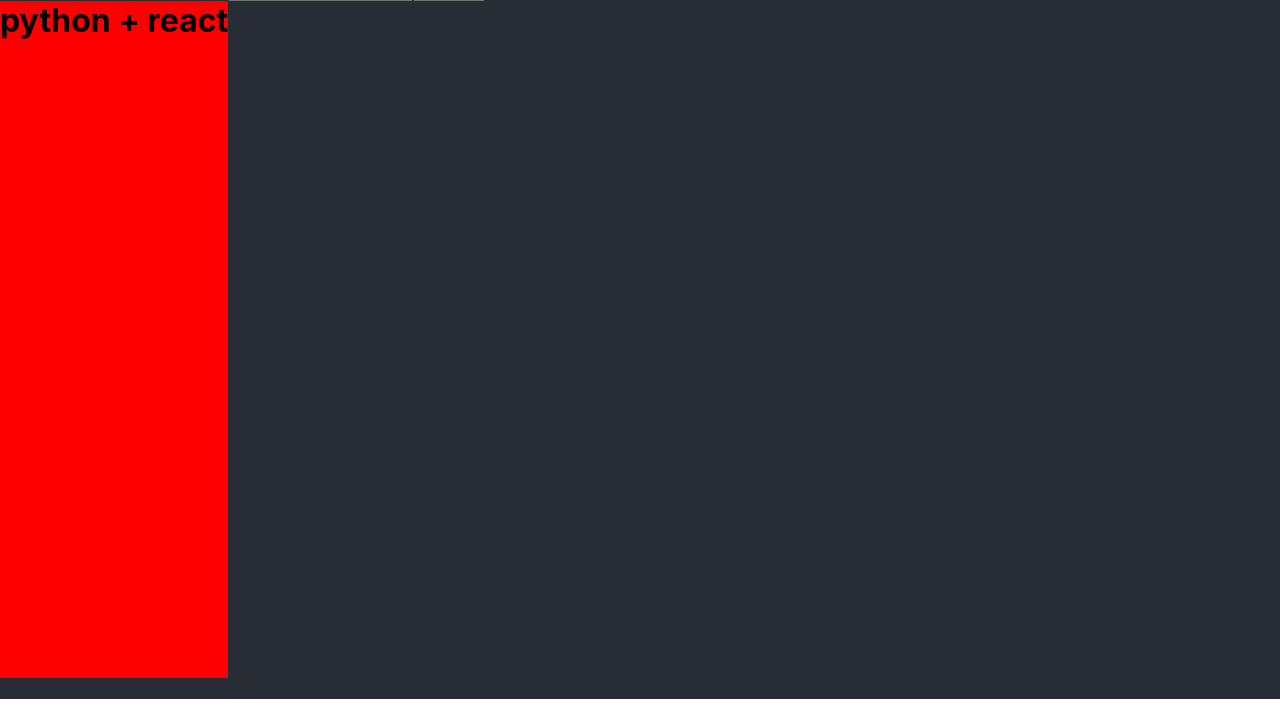
Repository: TMuse333/react-python
Page: / (app in client/)
The author's editor kept a copy of each file at every save. The page is drawn from the files as they stood at one save, then again after a run of saves.
The browser window is 1280 px wide. The pictures show the whole page.
The page's requests for data from a server got no answer. The project was rebuilt for these pictures with package versions that can differ from the ones it lists, and the page was loaded fresh each time. No one was signed in, and anything a server would have sent is missing.

Above is the page before, as saved 2023-11-10 17:08:38.

### client/src/App.jsx
// App.jsx
import './App.css';
import React, { useState, useEffect } from 'react';
import Calculator from './components/Calculator'; // Import the Calculator component

function App() {
  const [data, setData] = useState({});
  const [result, setResult] = useState(null);

  useEffect(() => {
    fetch("/members")
      .then((res) => res.json())
      .then((data) => {
        setData(data);
        console.log(data);
      });
  }, []);

  const handleCalculate = (expression) => {
    // Assuming the expression contains two numbers separated by a comma
    const [value1, value2] = expression.split(",").map(Number);

    // Update the result state with the two numbers
    setResult({ value1, value2 });
  };

  return (
    <div className='bg'>


     <h1 className='banner'>python + react</h1>



      <Calculator onCalculate={handleCalculate} result={result} />
    </div>
  );
}

export default App;

### client/src/App.css


.bg{
  background-color: #282c34;
  height: 100vh;
  margin-top:-1.3rem;
  display: flex;
}

.banner{
  background-color: red;
 width: max-content;

}

### client/src/components/Calculator.jsx
// Calculator.jsx
import React, { useState } from 'react';

const Calculator = ({ onCalculate, result }) => {
  const [expression, setExpression] = useState("");

  const handleCalculate = () => {
    onCalculate(expression);
  };

  return (
    <div>
      <input
        type="text"
        value={expression}
        onChange={(e) => setExpression(e.target.value)}
      />
      <button onClick={handleCalculate}>Calculate</button>

      {result && (
        <div>
          <p>The two numbers you entered are:</p>
          <p>{result.value1}</p>
          <p>{result.value2}</p>
        </div>
      )}
    </div>
  );
};

export default Calculator;

Loaded but not shown: client/public/index.html (common file); client/src/index.js (common file); client/src/index.css (common file); client/src/reportWebVitals.js (common file)

After the next 3 saves:
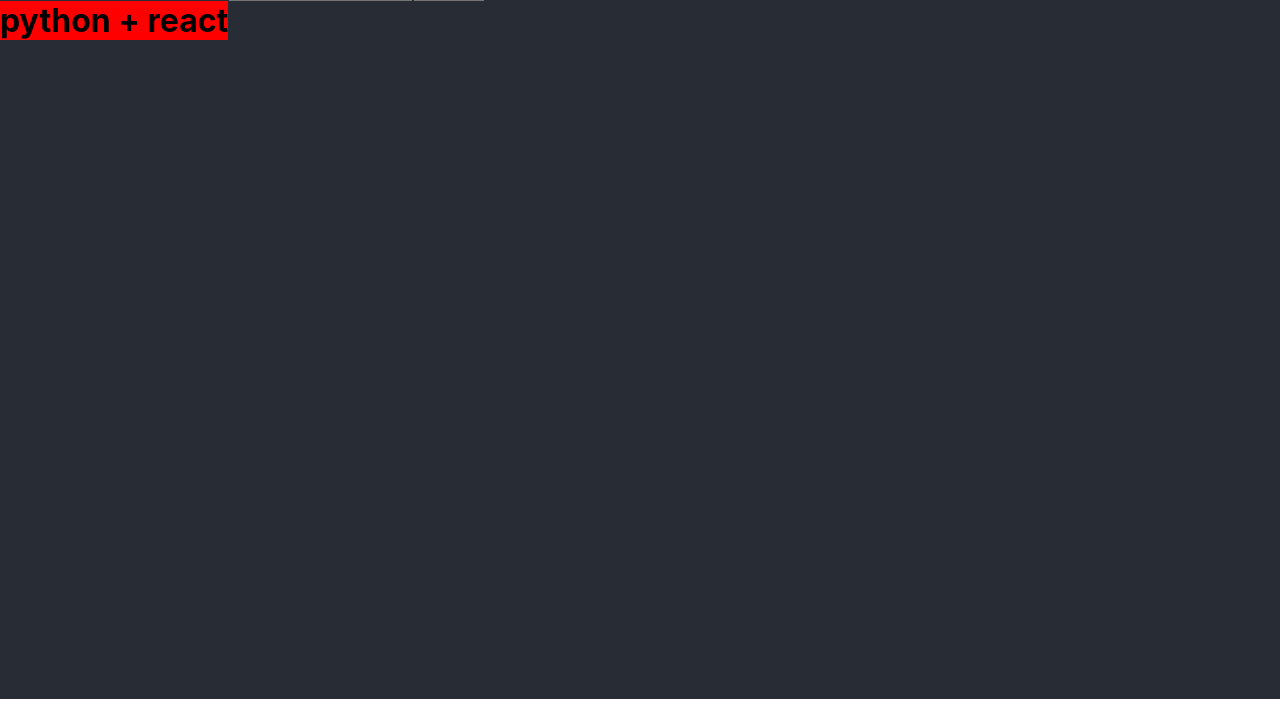
The 3 saves are shown as one change because they came seconds apart.
The last was saved 12 s later.
--- a/client/src/App.css
+++ b/client/src/App.css
@@ -10,5 +10,7 @@
 .banner{
   background-color: red;
  width: max-content;
+ height: min-content;
+
 
 }
